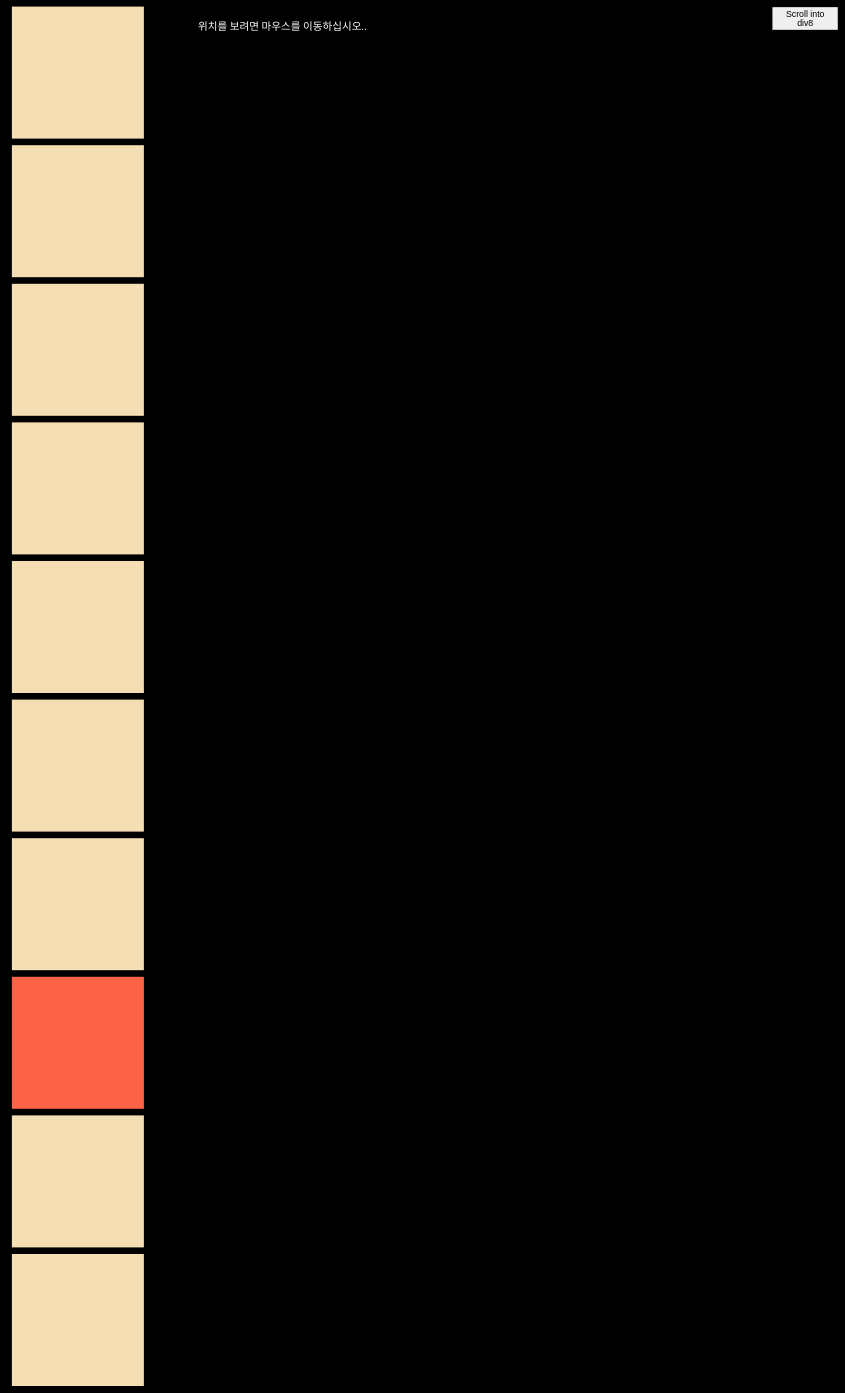
Repository: GoodHoneyCake/Dream_Coding_Academy5
Page: browser/chap1/window_coordinate.html
These files come from the project's save history. The page is drawn as it stood at one moment and after a run of saves; the edit follows.
The browser window is 1280 px wide. The pictures show the whole page, at 66% of full size.

Above is the page before, as saved 2021-01-28 13:51:45.

### browser/chap1/window_coordinate.html
<!DOCTYPE html>
<html lang="en">
  <head>
    <meta charset="UTF-8" />
    <meta name="viewport" content="width=device-width, initial-scale=1.0" />
    <title>Document</title>
  </head>
  <style>
    body {
      background-color: black;
      color: white;
    }
    button {
      position: fixed;
      right: 10px;
      width: 100px;
    }
    p {
      position: fixed;
      left: 300px;
    }
    div {
      background-color: wheat;
      width: 200px;
      height: 200px;
      margin: 10px;
    }
    .div8 {
      background-color: tomato;
    }
  </style>
  <body>
    <button>Scroll by 100px(y)</button>
    <button>Scroll to 100px(y)</button>
    <button>Scroll into div8</button>
    <p>위치를 보려면 마우스를 이동하십시오..</p>
    <p id="screen-log"></p>
    <div></div>
    <div></div>
    <div></div>
    <div></div>
    <div></div>
    <div></div>
    <div></div>
    <div class="div8"></div>
    <div></div>
    <div></div>
  </body>
  <script>
    let screenLog = document.querySelector("#screen-log");

    const div8 = document.querySelector(".div8");
    const rect = div8.getBoundingClientRect();
    div8.addEventListener("click", () => {
      console.log(rect);
    });

    document.addEventListener("mousemove", logKey);

    function logKey(e) {
      screenLog.innerText = `
    Page X/Y: ${e.pageX}, ${e.pageY}
    Client X/Y: ${e.clientX}, ${e.clientY}`;
    }
  </script>
</html>

After the next 2 saves:
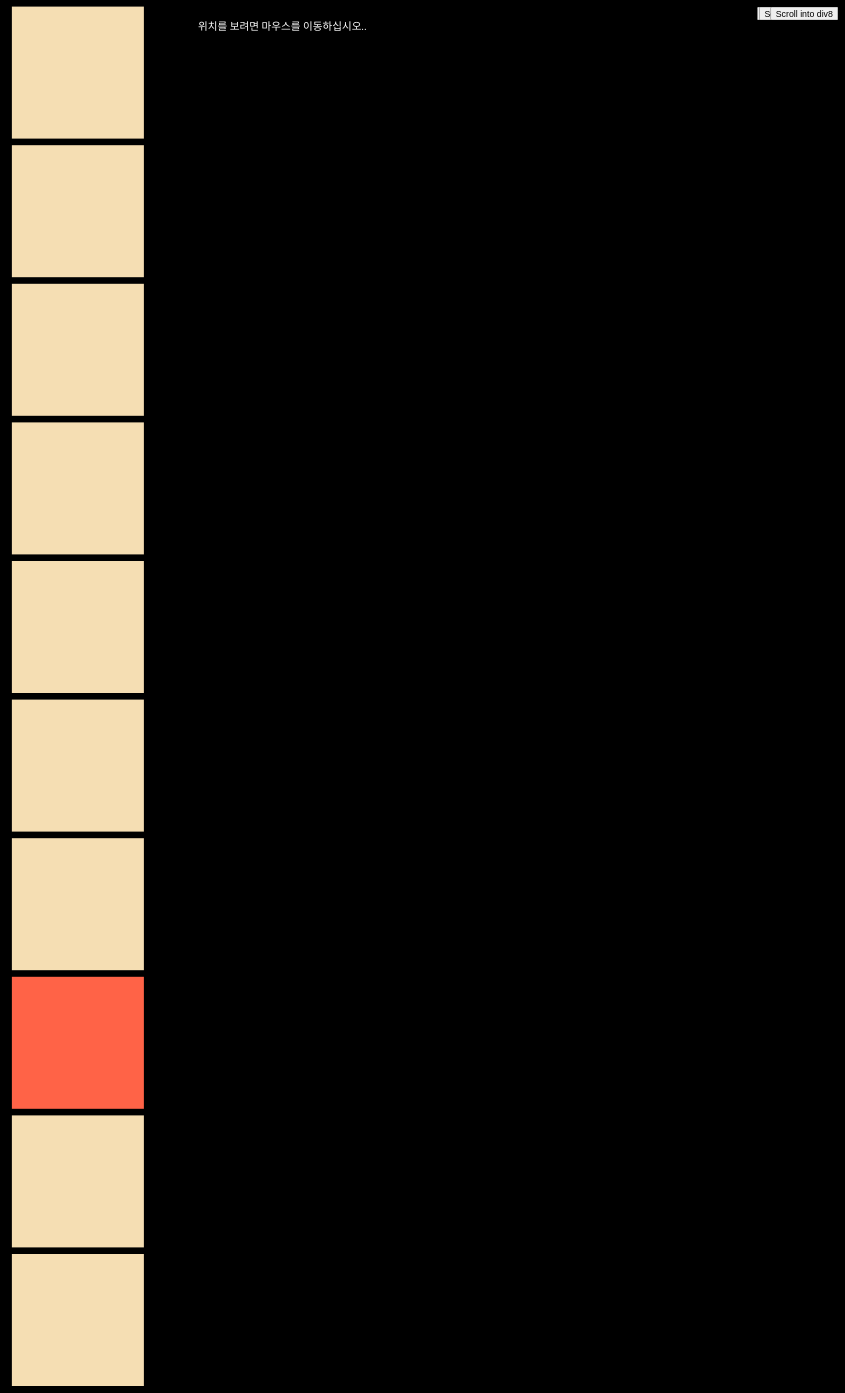
The 2 saves are shown as one change because they came seconds apart.
The last was saved 5 s later.
--- a/browser/chap1/window_coordinate.html
+++ b/browser/chap1/window_coordinate.html
@@ -13,7 +13,6 @@
     button {
       position: fixed;
       right: 10px;
-      width: 100px;
     }
     p {
       position: fixed;
